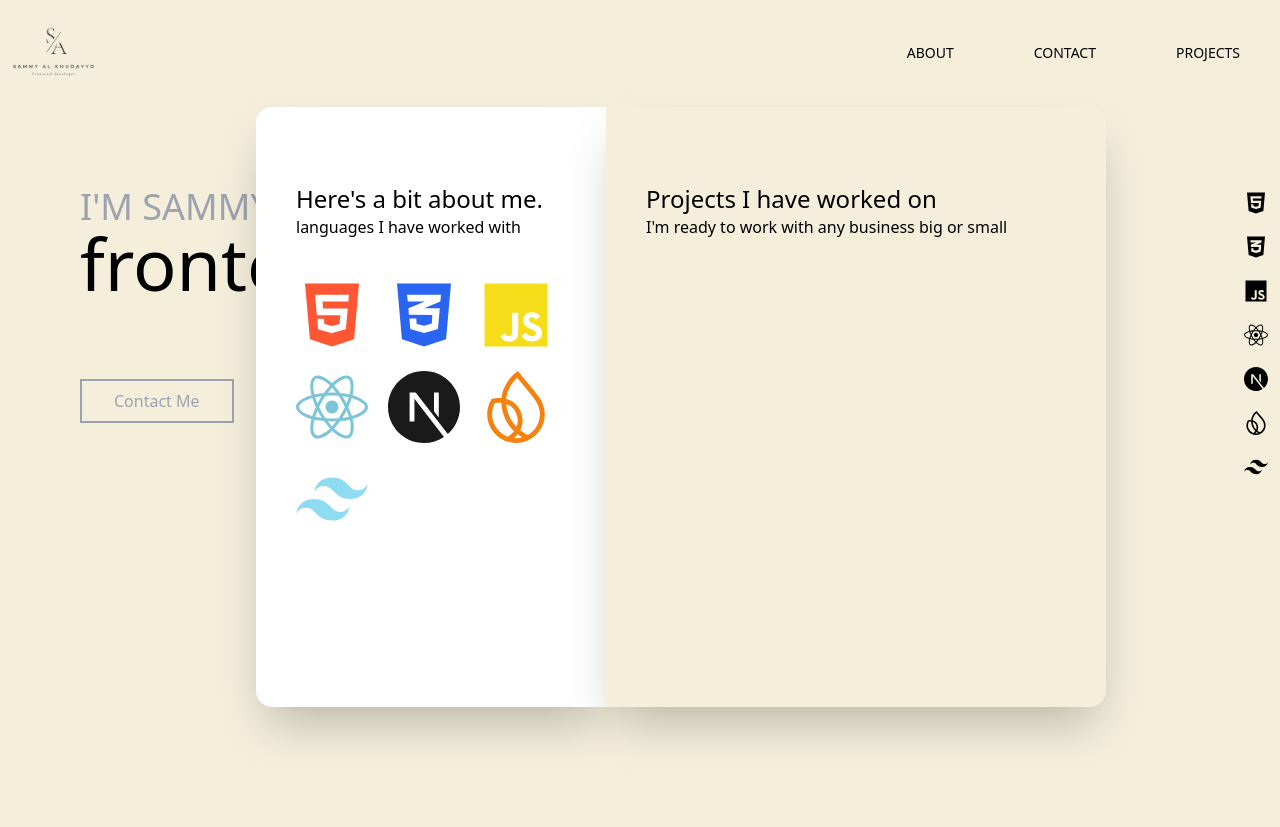
Repository: Al123Kudayyd/myportfolio
Page: /
The author's editor kept a copy of each file at every save. The page is drawn from the files as they stood at one save, then again after the next save.
The browser window is 1280 px wide. The pictures show the whole page.
The project was rebuilt for these pictures with package versions that can differ from the ones it lists, and the page was loaded fresh each time. Also part of the build but not shown: src/components/model.js.

Above is the page before, as saved 2024-02-21 14:17:17.

### src/App.js
import Main from './components/Main';
import Nav from './components/Nav';
import Model from './components/Model'


function App() {
  return (
    <div className=" ">
      <Nav />
      <Main />

    </div>
  );
}

export default App;

### src/components/Main.jsx
import React, { useState } from 'react'
import Model from './Model'
import { LiaTimesSolid } from "react-icons/lia";
import { FaHtml5, FaReact } from "react-icons/fa";
import { FaCss3Alt } from "react-icons/fa6";
import { IoLogoJavascript } from "react-icons/io5";
import { SiNextdotjs } from "react-icons/si";
import { SiFirebase } from "react-icons/si";
import { SiTailwindcss } from "react-icons/si";
import Projects from './Projects';


function Main() {
    const [openModal, setOpenModal] = useState(false)
  return (
    <div className='relative'>
    <div className='bg-[#f4eedb] relative h-screen'>
        <div className='-z-10 pl-20 pt-20 '>
            <h1 className=''><span className='text-gray-400 font-extralight text-4xl'>I'M SAMMY AND I'M A</span>
            <br /><span className='text-7xl'>frontend developer.</span></h1>
            <button className='mt-20 border-gray-400 border-2 text-gray-400 py-2 px-8 hover:bg-gray-400 hover:text-[#f4eedb]
            transition-all duration-300'
            onClick={() => setOpenModal(true)}>
                Contact Me</button>
        </div>

    </div>
    {
        openModal && <Model btn={<LiaTimesSolid onClick={() => setOpenModal(false)} />} />
    }
    <div className='absolute top-[10%] right-0 text-2xl space-y-5 m-3'>
            <FaHtml5 />
            <FaCss3Alt />
            <IoLogoJavascript />
            <FaReact />
            <SiNextdotjs />
            <SiFirebase />
            <SiTailwindcss />
        </div>
        <Projects className='' />
    </div>
  )
}

export default Main

### src/components/Nav.jsx
import React from 'react'
import logo from '../assets/logo.png'
import { LiaBarsSolid } from "react-icons/lia";

function Nav({ }) {
  return (
    <div className='bg-[#f4eedb] relative'>
        <div className='flex justify-between items-center'>
            <img src={logo} className="w-[20%] md:w-1/12 " />
            <LiaBarsSolid className='sm:hidden text-3xl mr-5 hover:text-gray-400 cursor-pointer active:scale-[.85] transition-all duration-300' />
            <ul className='hidden sm:flex font-extralight text-sm '>
                <li className='px-10 cursor-pointer hover:text-gray-400 transition-all duration-300'>ABOUT</li>
                <li className='px-10 cursor-pointer hover:text-gray-400 transition-all duration-300'>CONTACT</li>
                <li className='px-10 cursor-pointer hover:text-gray-400 transition-all duration-300'>PROJECTS</li>
            </ul>
        </div>



    </div>
  )
}

export default Nav

### src/components/Projects.jsx
import React from 'react'
import { FaHtml5, FaReact } from "react-icons/fa";
import { FaCss3Alt } from "react-icons/fa6";
import { IoLogoJavascript } from "react-icons/io5";
import { SiNextdotjs } from "react-icons/si";
import { SiFirebase } from "react-icons/si";
import { SiTailwindcss } from "react-icons/si";

function Projects() {
  return (
    <div className='absolute top-0 left-[20%]'>
        <div className='flex justify-center items-center'>
            <div className='shadow-2xl bg-white w-[350px] h-[600px] rounded-l-2xl'>
                <div className='px-[40px] py-[76px] '>
                    <h1 className='text-2xl'>Here's a bit about me.</h1>
                    <h3 className='text-md '>languages I have worked with</h3>
                    <div className='flex flex-wrap my-10 text-7xl'>
                        <FaHtml5 className='text-[#FF5733]' />
                        <FaCss3Alt className='text-[#2965F1] mx-5' />
                        <IoLogoJavascript className='text-[#F5DE19]' />
                        <FaReact className='text-[#7CC5D9] my-5' />
                        <SiNextdotjs className='text-[#1a1a1a] my-5 mx-5' />
                        <SiFirebase className='text-[#F6820D] my-5' />
                        <SiTailwindcss className='text-[#8edcf1]' />
                    </div>
                </div>

            </div>
            <div className='shadow-2xl bg-[#f4eedb] w-[500px] h-[600px] rounded-r-2xl '>
                <div className='px-[40px] py-[76px]'>
                    <h1 className='text-2xl'>Projects I have worked on</h1>
                    <h3 className='text-md text-bold'>I'm ready to work with any business big or small</h3>
                </div>

            </div>
        </div>
    </div>
  )
}

export default Projects

### tailwind.config.js
/** @type {import('tailwindcss').Config} */
module.exports = {
  content: [
    "./src/components/Nav.{js,jsx,ts,tsx}",
    "./src/components/Main.{js,jsx,ts,tsx}",
    "./src/components/App.{js,jsx,ts,tsx}",
    "./src/components/Model.{js,jsx,ts,tsx}",
    "./src/components/Projects.{js,jsx,ts,tsx}"
  ],
  theme: {
    extend: {},
  },
  plugins: [],
}

Loaded but not shown: public/index.html (common file); src/index.js (common file); src/index.css (common file); src/reportWebVitals.js (common file)

After the next save:
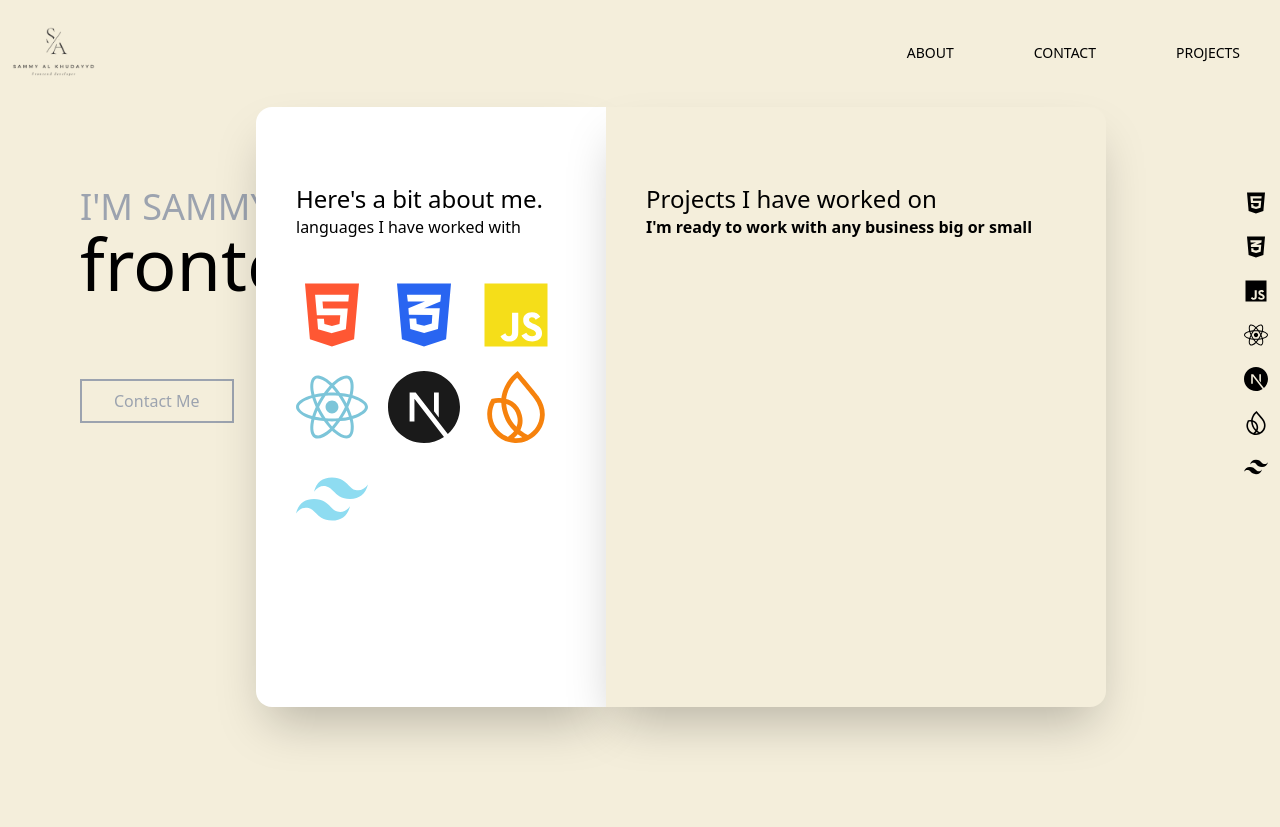
Saved 9 s later.
--- a/src/components/Projects.jsx
+++ b/src/components/Projects.jsx
@@ -29,7 +29,7 @@ function Projects() {
             <div className='shadow-2xl bg-[#f4eedb] w-[500px] h-[600px] rounded-r-2xl '>
                 <div className='px-[40px] py-[76px]'>
                     <h1 className='text-2xl'>Projects I have worked on</h1>
-                    <h3 className='text-md text-bold'>I'm ready to work with any business big or small</h3>
+                    <h3 className='text-md font-bold'>I'm ready to work with any business big or small</h3>
                 </div>
 
             </div>
